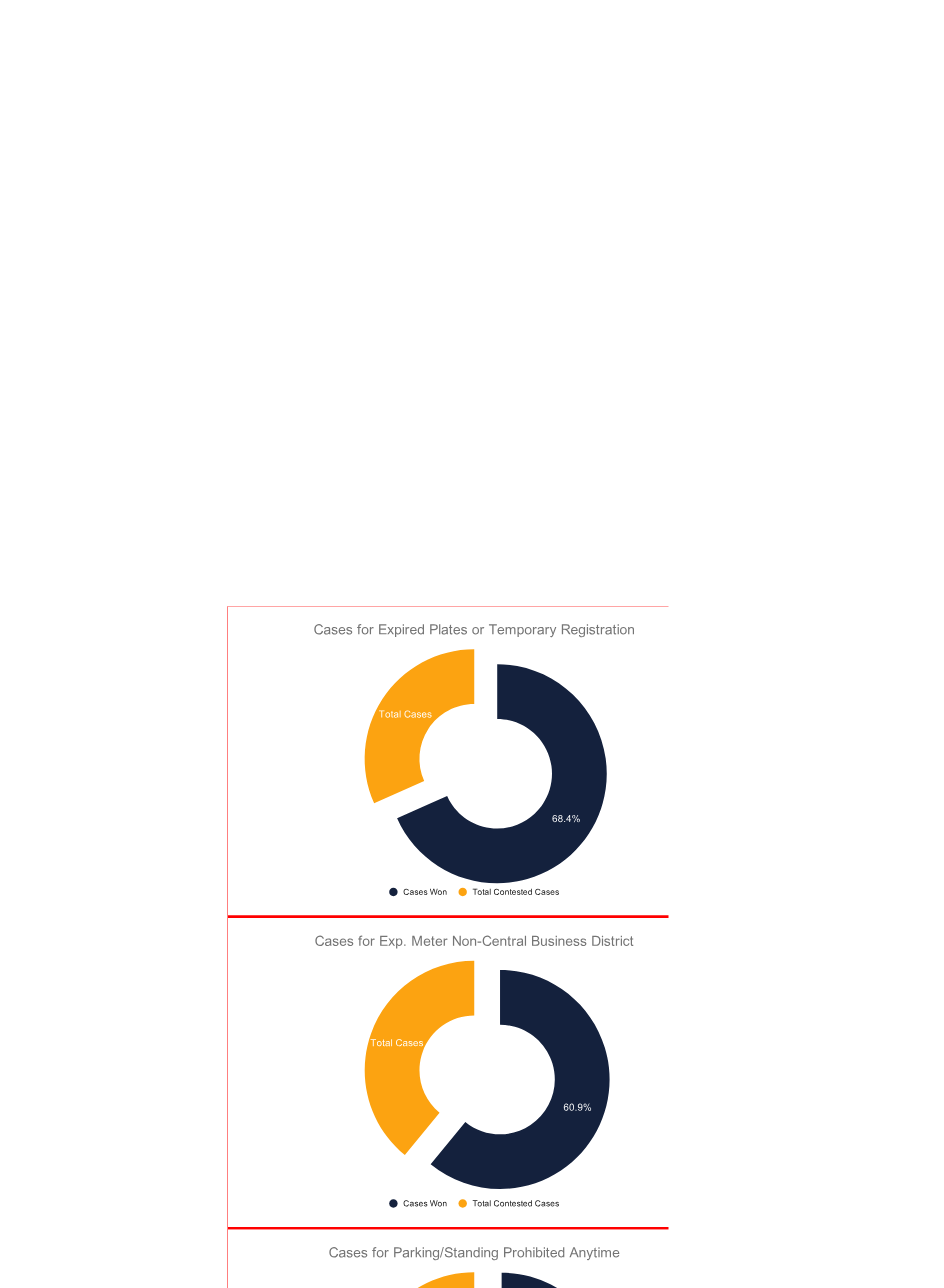
Repository: rdass1/COM421-FinalProject
Page: Website/index.html
The author's editor kept a copy of each file at every save. The page is drawn from the files as they stood at one save, then again after a run of saves.
The browser window is 1280 px wide. The page is 1348 px wide, so the pictures cover 1348 px, including what lies to the right of the window. The pictures show the part of the page from y = 4660 to 6500 px (the page is 9976 px tall before and 7761 px after), at 70% of full size.

Above is the page before, as saved 2021-05-12 04:51:30.
Console error: TypeError: Cannot read properties of undefined (reading 'style')

After the next 2 saves:
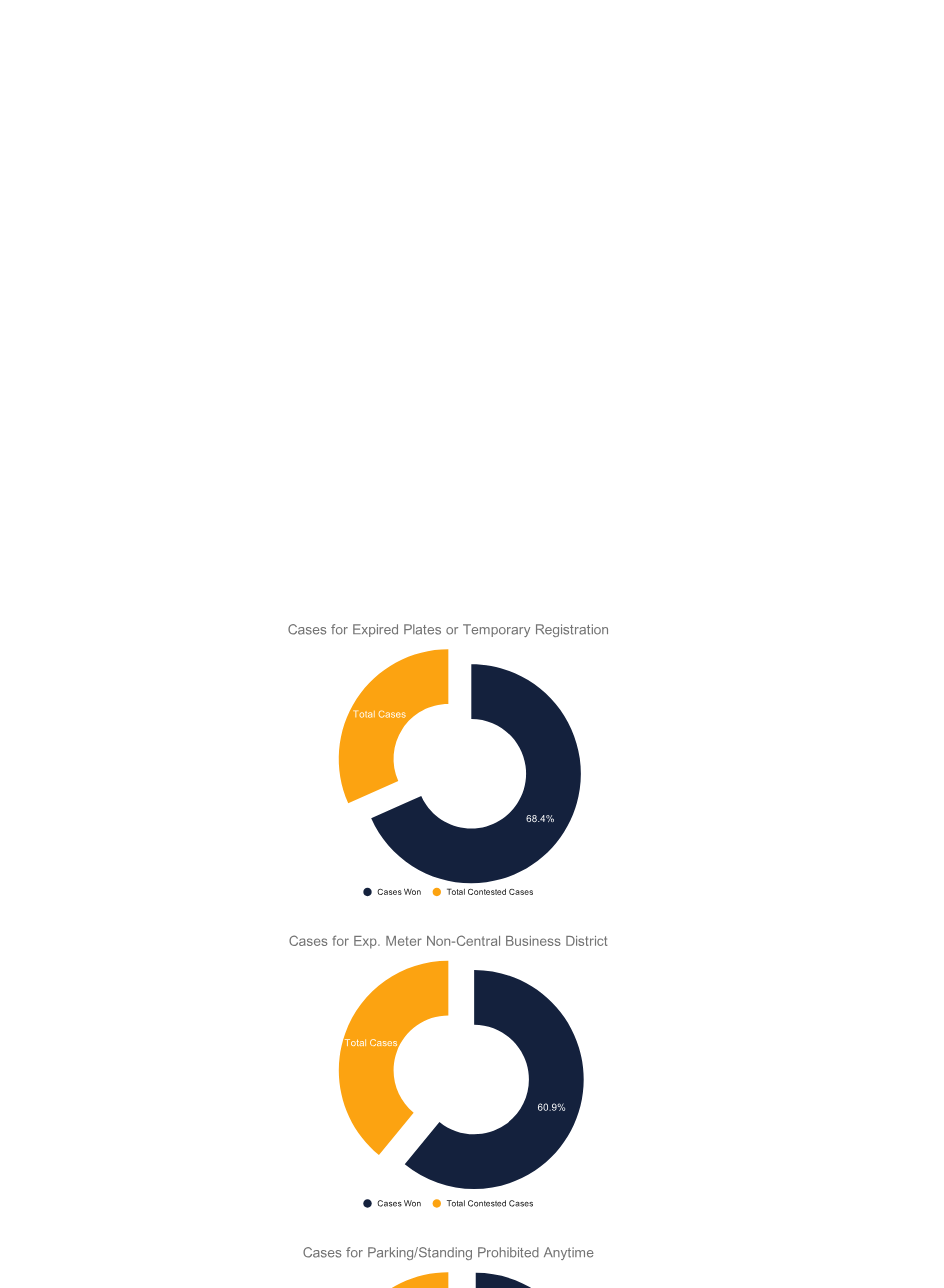
The 2 saves are shown as one change because they came seconds apart.
The last was saved 5 s later.
--- a/Website/css/index.css
+++ b/Website/css/index.css
@@ -169,10 +169,6 @@ html{
 }
 
 #statistics-container-item-4{
-
     grid-column: 1 / span 2;
     grid-row: 4/ 4;
-    background-color: red;
-    width: 50%;
-    height: 200%;
 }
